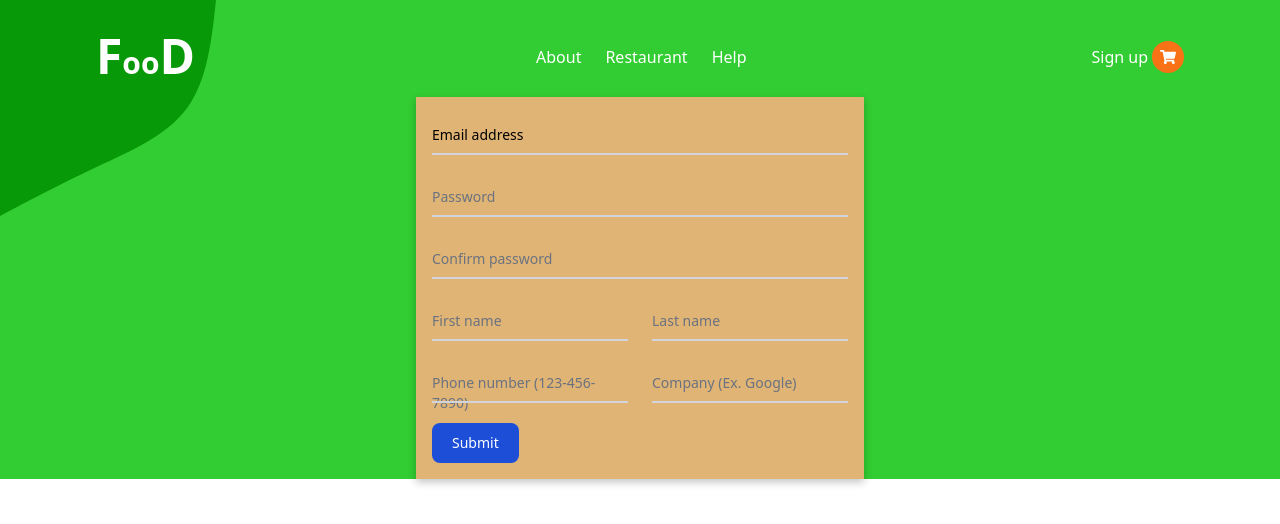
Repository: KhushiCode14/FoodWeb
Page: /signUp (app in frontend/)
An editor plug-in stored every save of this project. The page is shown before and after the next save, followed by the edit.
The browser window is 1280 px wide. The pictures show the whole page.
The project was rebuilt for these pictures with package versions that can differ from the ones it lists, and the page was loaded fresh each time. Also part of the build but not shown: frontend/src/Pages/Home.tsx, frontend/src/components/Home/SignIn.tsx, frontend/src/components/Home/Cart.tsx.

Above is the page before, as saved 2024-09-20 20:07:00.

### frontend/src/index.css
@tailwind base;
@tailwind components;
@tailwind utilities;

.bgBack{
  background-image: url(../src/components/images/background.svg);
}
.bgSignUp{
  background-image:url(../src/components/images/signUpBg.jpeg);
}
.SignUpShadow{
  box-shadow: rgba(0, 0, 0, 0.24) 0px 3px 8px;
}

### frontend/src/App.tsx
import { Route, BrowserRouter as Router, Routes, } from 'react-router-dom';
import './App.css';
import Navbar from './Pages/Navbar';
import Home from './Pages/Home';
import SignUp from './components/Home/SignUp';
import SignIn from './components/Home/SignIn';
import Cart from './components/Home/Cart';

function App() {
  return (
    <div className="App bgBack m-0 px-20 pt-2 max-sm:px-3 max-sm:pt-1">
      <Router>
        <Navbar />
        <Routes>
          <Route path="/" element={<Home />} />
          <Route path="/signUp" element={<SignUp />} />
          {/* Sign Up: This action is for new users who want to create an account. */}
          <Route path="/signIn" element={<SignIn />} />
          {/* Sign In: This action is for users who already have an account */}
          <Route path="/cart" element={<Cart />} />
          {/* <Route  path="/about" element={About} />
        <Route  path="/contact" element={Contact} /> */}
        </Routes>
      </Router>

    </div>
  );
}

export default App;

### frontend/src/Pages/Navbar.tsx
import { NavLink, Link } from "react-router-dom";
import { FaShoppingCart, FaCartPlus } from "react-icons/fa";
import { useState } from "react";
import { IoReorderThreeOutline } from "react-icons/io5";

interface Nav {
  to: string;
  linkName: string;
}

const Navbar: React.FC = () => {
  const [sign, setSign] = useState<string>('Sign up');
  const [menu, setMenu] = useState<boolean>(false);
  const [cart, setCart] = useState<JSX.Element>(<FaShoppingCart />);

  const navLinks: Nav[] = [
    { to: "/about", linkName: "About" },
    { to: "/", linkName: "Restaurant" },
    { to: "/help", linkName: "Help" },
  ];

  const handleSignToggle = () => {
    setSign((prev) => (prev === 'Sign up' ? 'Sign in' : 'Sign up'));
  };

  const handleCartToggle = () => {
    setCart((prevCart) =>
      prevCart.type === FaShoppingCart ? <FaCartPlus /> : <FaShoppingCart />
    );
  };

  return (
    <div className="mt-2 flex justify-between items-center text-white  p-4">
      <div className="font-bold text-3xl">
        <Link to="/">
          <span className="text-5xl">F</span>oo<span className="text-5xl">D</span>
        </Link>
      </div>

      {/* Desktop Menu */}
      <div className="hidden md:flex">
        {navLinks.map((link, index) => (
          <Link key={index} to={link.to} className="mx-3 hover:text-gray-400">
            {link.linkName}
          </Link>
        ))}
      </div>

      {/* Mobile Menu Button */}
      <div className="flex items-center relative">
        <button className="hidden md:block">
          <NavLink to="/signUp" onClick={handleSignToggle} className="m-1">
            {sign}
          </NavLink>
        </button>

        <div onClick={handleCartToggle} className="bg-orange-500 p-2 rounded-full cursor-pointer">
         <Link to="/cart"> {cart}</Link>
        </div>

        <div className="md:hidden flex items-center ml-3">
          <IoReorderThreeOutline onClick={() => setMenu(!menu)} className="text-2xl cursor-pointer" />
        </div>
      </div>

      {/* Mobile Dropdown Menu */}
      {menu && (
        <div className="md:hidden mt-2 absolute right-0 w-40 bg-orange-500  p-2 rounded-lg z-10 top-20">
          <ul className="flex flex-col">
            {navLinks.map((link, index) => (
              <li key={index} className="my-1">
                <Link to={link.to} className="block px-4 py-2 text-white text-1xl  hover:bg-orange-800 rounded">
                  {link.linkName}
                </Link>
              </li>
            ))}
          </ul>
        </div>
      )}
    </div>
  );
};

export default Navbar;

### frontend/src/components/Home/SignUp.tsx
import React, { useState } from 'react';

const FormComponent: React.FC = () => {
  const [formData, setFormData] = useState({
    email: '',
    password: '',
    repeatPassword: '',
    firstName: '',
    lastName: '',
    phone: '',
    company: ''
  });

  const handleChange = (e: React.ChangeEvent<HTMLInputElement>) => {
    setFormData({ ...formData, [e.target.name]: e.target.value });
  };

  const handleSubmit = (e: React.FormEvent) => {
    e.preventDefault();
    console.log(formData);
    // Add form submission logic here
  };

  return (
    <form className="max-w-md mx-auto bg-[#dfb474] p-4 SignUpShadow" onSubmit={handleSubmit} >
      <div className="relative z-0 w-full mb-5 group ">
        <input
          type="email"
          name="email"
          id="floating_email"
          className="block py-2.5 px-0 w-full text-sm text-black bg-transparent border-0 border-b-2 border-gray-300 appearance-none dark:text-white dark:border-gray-600 dark:focus:border-blue-500 focus:outline-none focus:ring-0 focus:border-blue-600 peer"
          placeholder=" "
          value={formData.email}
          onChange={handleChange}
          required
        />
        <label
          htmlFor="floating_email"
          className="peer-focus:font-medium absolute text-sm text-black  dark:text-gray-900 duration-300 transform -translate-y-6 scale-75 top-3 -z-10 origin-[0] peer-focus:start-0 rtl:peer-focus:translate-x-1/4 peer-focus:text-blue-600 peer-focus:dark:text-blue-500 peer-placeholder-shown:scale-100 peer-placeholder-shown:translate-y-0 peer-focus:scale-75 peer-focus:-translate-y-6"
        >
          Email address
        </label>
      </div>

      <div className="relative z-0 w-full mb-5 group">
        <input
          type="password"
          name="password"
          id="floating_password"
          className="block py-2.5 px-0 w-full text-sm text-gray-900 bg-transparent border-0 border-b-2 border-gray-300 appearance-none dark:text-gray-900  dark:border-gray-600 dark:focus:border-blue-500 focus:outline-none focus:ring-0 focus:border-blue-600 peer"
          placeholder=" "
          value={formData.password}
          onChange={handleChange}
          required
        />
        <label
          htmlFor="floating_password"
          className="peer-focus:font-medium absolute text-sm text-gray-500 dark:text-gray-900 duration-300 transform -translate-y-6 scale-75 top-3 -z-10 origin-[0] peer-focus:start-0 rtl:peer-focus:translate-x-1/4 peer-focus:text-blue-600 peer-focus:dark:text-blue-500 peer-placeholder-shown:scale-100 peer-placeholder-shown:translate-y-0 peer-focus:scale-75 peer-focus:-translate-y-6"
        >
          Password
        </label>
      </div>

      <div className="relative z-0 w-full mb-5 group">
        <input
          type="password"
          name="repeatPassword"
          id="floating_repeat_password"
          className="block py-2.5 px-0 w-full text-sm text-gray-900 bg-transparent border-0 border-b-2 border-gray-300 appearance-none dark:text-gray-900  dark:border-gray-600 dark:focus:border-blue-500 focus:outline-none focus:ring-0 focus:border-blue-600 peer"
          placeholder=" "
          value={formData.repeatPassword}
          onChange={handleChange}
          required
        />
        <label
          htmlFor="floating_repeat_password"
          className="peer-focus:font-medium absolute text-sm text-gray-500 dark:text-gray-900  duration-300 transform -translate-y-6 scale-75 top-3 -z-10 origin-[0] peer-focus:start-0 rtl:peer-focus:translate-x-1/4 peer-focus:text-blue-600 peer-focus:dark:text-blue-500 peer-placeholder-shown:scale-100 peer-placeholder-shown:translate-y-0 peer-focus:scale-75 peer-focus:-translate-y-6"
        >
          Confirm password
        </label>
      </div>

      <div className="grid md:grid-cols-2 md:gap-6">
        <div className="relative z-0 w-full mb-5 group">
          <input
            type="text"
            name="firstName"
            id="floating_first_name"
            className="block py-2.5 px-0 w-full text-sm text-gray-900 bg-transparent border-0 border-b-2 border-gray-300 appearance-none dark:text-gray-900  dark:border-gray-600 dark:focus:border-blue-500 focus:outline-none focus:ring-0 focus:border-blue-600 peer"
            placeholder=" "
            value={formData.firstName}
            onChange={handleChange}
            required
          />
          <label
            htmlFor="floating_first_name"
            className="peer-focus:font-medium absolute text-sm text-gray-500 dark:text-gray-900 duration-300 transform -translate-y-6 scale-75 top-3 -z-10 origin-[0] peer-focus:start-0 rtl:peer-focus:translate-x-1/4 peer-focus:text-blue-600 peer-focus:dark:text-blue-500 peer-placeholder-shown:scale-100 peer-placeholder-shown:translate-y-0 peer-focus:scale-75 peer-focus:-translate-y-6"
          >
            First name
          </label>
        </div>

        <div className="relative z-0 w-full mb-5 group">
          <input
            type="text"
            name="lastName"
            id="floating_last_name"
            className="block py-2.5 px-0 w-full text-sm text-gray-900 bg-transparent border-0 border-b-2 border-gray-300 appearance-none dark:text-gray-900  dark:border-gray-600 dark:focus:border-blue-500 focus:outline-none focus:ring-0 focus:border-blue-600 peer"
            placeholder=" "
            value={formData.lastName}
            onChange={handleChange}
            required
          />
          <label
            htmlFor="floating_last_name"
            className="peer-focus:font-medium absolute text-sm text-gray-500 dark:text-gray-900 duration-300 transform -translate-y-6 scale-75 top-3 -z-10 origin-[0] peer-focus:start-0 rtl:peer-focus:translate-x-1/4 peer-focus:text-blue-600 peer-focus:dark:text-blue-500 peer-placeholder-shown:scale-100 peer-placeholder-shown:translate-y-0 peer-focus:scale-75 peer-focus:-translate-y-6"
          >
            Last name
          </label>
        </div>
      </div>

      <div className="grid md:grid-cols-2 md:gap-6">
        <div className="relative z-0 w-full mb-5 group">
          <input
            type="tel"
            pattern="[0-9]{3}-[0-9]{3}-[0-9]{4}"
            name="phone"
            id="floating_phone"
            className="block py-2.5 px-0 w-full text-sm text-gray-900 bg-transparent border-0 border-b-2 border-gray-300 appearance-none dark:text-white dark:border-gray-600 dark:focus:border-blue-500 focus:outline-none focus:ring-0 focus:border-blue-600 peer"
            placeholder=" "
            value={formData.phone}
            onChange={handleChange}
            required
          />
          <label
            htmlFor="floating_phone"
            className="peer-focus:font-medium absolute text-sm text-gray-500 dark:text-gray-900  duration-300 transform -translate-y-6 scale-75 top-3 -z-10 origin-[0] peer-focus:start-0 rtl:peer-focus:translate-x-1/4 peer-focus:text-blue-600 peer-focus:dark:text-blue-500 peer-placeholder-shown:scale-100 peer-placeholder-shown:translate-y-0 peer-focus:scale-75 peer-focus:-translate-y-6"
          >
            Phone number (123-456-7890)
          </label>
        </div>

        <div className="relative z-0 w-full mb-5 group">
          <input
            type="text"
            name="company"
            id="floating_company"
            className="block py-2.5 px-0 w-full text-sm text-gray-900 bg-transparent border-0 border-b-2 border-gray-300 appearance-none dark:text-gray-900  dark:border-gray-600 dark:focus:border-blue-500 focus:outline-none focus:ring-0 focus:border-blue-600 peer"
            placeholder=" "
            value={formData.company}
            onChange={handleChange}
            required
          />
          <label
            htmlFor="floating_company"
            className="peer-focus:font-medium absolute text-sm text-gray-500 dark:text-gray-900 duration-300 transform -translate-y-6 scale-75 top-3 -z-10 origin-[0] peer-focus:start-0 rtl:peer-focus:translate-x-1/4 peer-focus:text-blue-600 peer-focus:dark:text-blue-500 peer-placeholder-shown:scale-100 peer-placeholder-shown:translate-y-0 peer-focus:scale-75 peer-focus:-translate-y-6"
          >
            Company (Ex. Google)
          </label>
        </div>
      </div>

      <button
        type="submit"
        className="text-white bg-blue-700 hover:bg-blue-800 focus:ring-4 focus:outline-none focus:ring-blue-300 font-medium rounded-lg text-sm w-full sm:w-auto px-5 py-2.5 text-center dark:bg-blue-600 dark:hover:bg-blue-700 dark:focus:ring-blue-800"
      >
        Submit
      </button>
    </form>
  );
};

export default FormComponent;

### frontend/tailwind.config.js
/** @type {import('tailwindcss').Config} */
module.exports = {
  content: [
    "./src/**/*.{js,jsx,ts,tsx}",
  ],
  theme: {
    extend: {
      fontFamily: {
        'cursive': ['Pacifico', 'cursive']
      }
    },
  },
  plugins: [],
}

Loaded but not shown: frontend/public/index.html (common file); frontend/src/index.tsx (common file); frontend/src/reportWebVitals.ts (common file); frontend/src/App.css (no stored copy; drawn as an empty file)

After the next save:
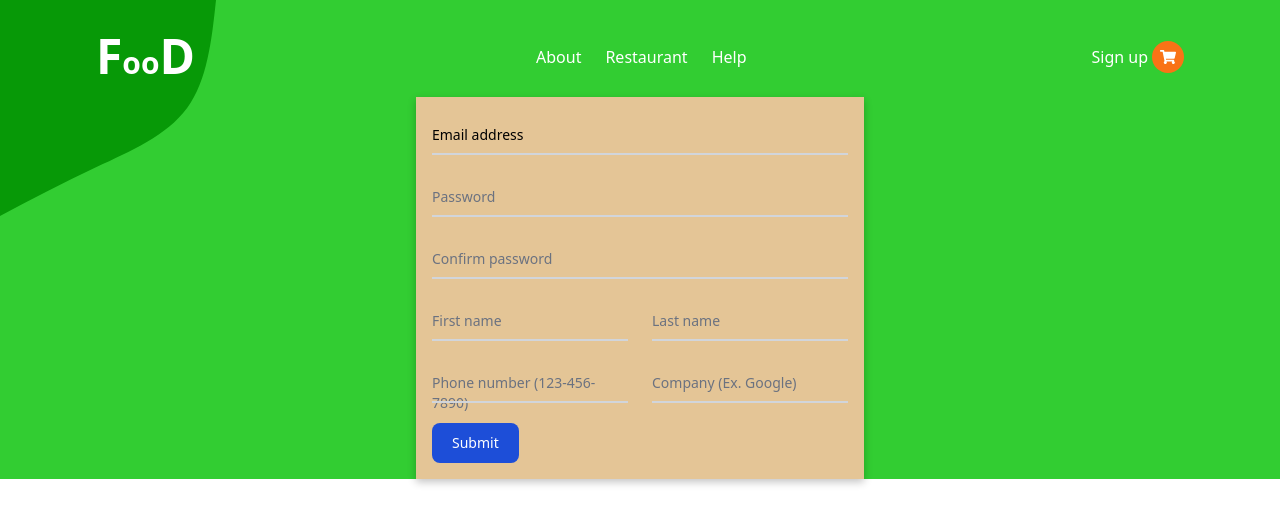
Saved 7 s later.
--- a/frontend/src/components/Home/SignUp.tsx
+++ b/frontend/src/components/Home/SignUp.tsx
@@ -22,7 +22,7 @@ const FormComponent: React.FC = () => {
   };
 
   return (
-    <form className="max-w-md mx-auto bg-[#dfb474] p-4 SignUpShadow" onSubmit={handleSubmit} >
+    <form className="max-w-md mx-auto bg-[#e4c596] p-4 SignUpShadow" onSubmit={handleSubmit} >
       <div className="relative z-0 w-full mb-5 group ">
         <input
           type="email"
